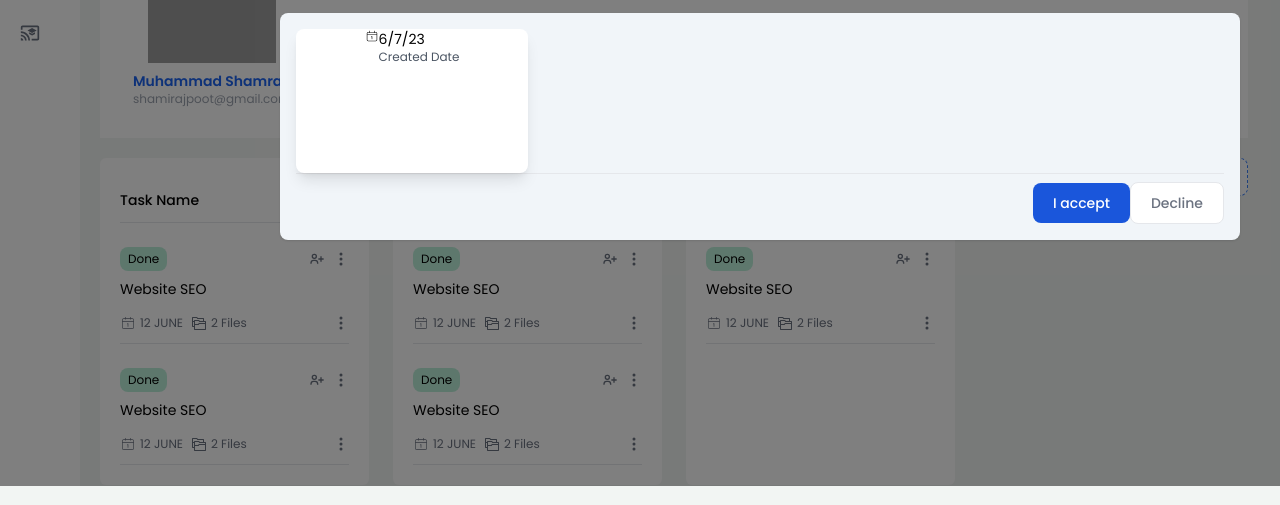
Repository: Shamraiz761/Frontend-Assessment
Page: /, after clicking the first element matching `button.bg-white`
The author's editor kept a copy of each file at every save. The page is drawn from the files as they stood at one save, then again after the next save.
The browser window is 1280 px wide. The pictures show the part of the page from y = 234 to 739 px (the page is 739 px tall).
Pictures or frames that could not be fetched are drawn as grey boxes. The project was rebuilt for these pictures with package versions that can differ from the ones it lists, and the page was loaded fresh each time. Also part of the build but not shown: vite.config.js. Imported but missing from the stored project, and not drawn on this page: src/pages/auth/login.

Above is the page before, as saved 2023-06-09 13:13:28.

After the next save:
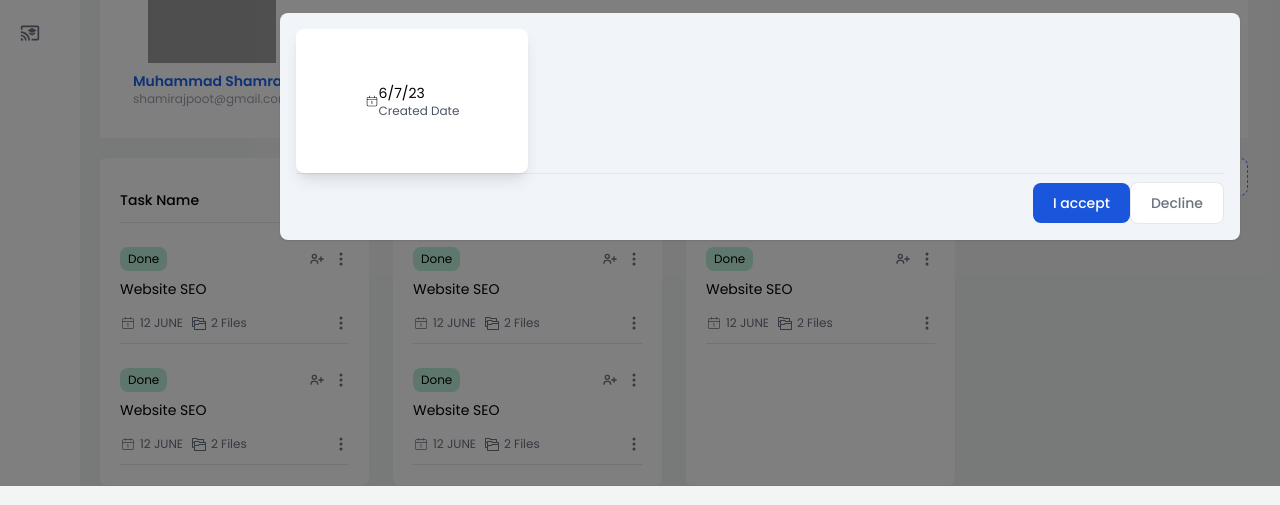
Saved 22 s later.
--- a/src/pages/Dashboard/index.jsx
+++ b/src/pages/Dashboard/index.jsx
@@ -69,7 +69,7 @@ function Home() {
                     <div className="col-span-3">
                       <div className="grid grid-cols-1 md:grid-cols-2 lg:grid-cols-3 flex-wrap">
                         <div className="card bg-white rounded-lg shadow-lg">
-                          <div className="flex flex-row justify-center h-36 text-sm">
+                          <div className="flex flex-row justify-center items-center h-36 text-sm">
                             <CiCalendarDate />
                             <div>
                               <p>6/7/23</p>
